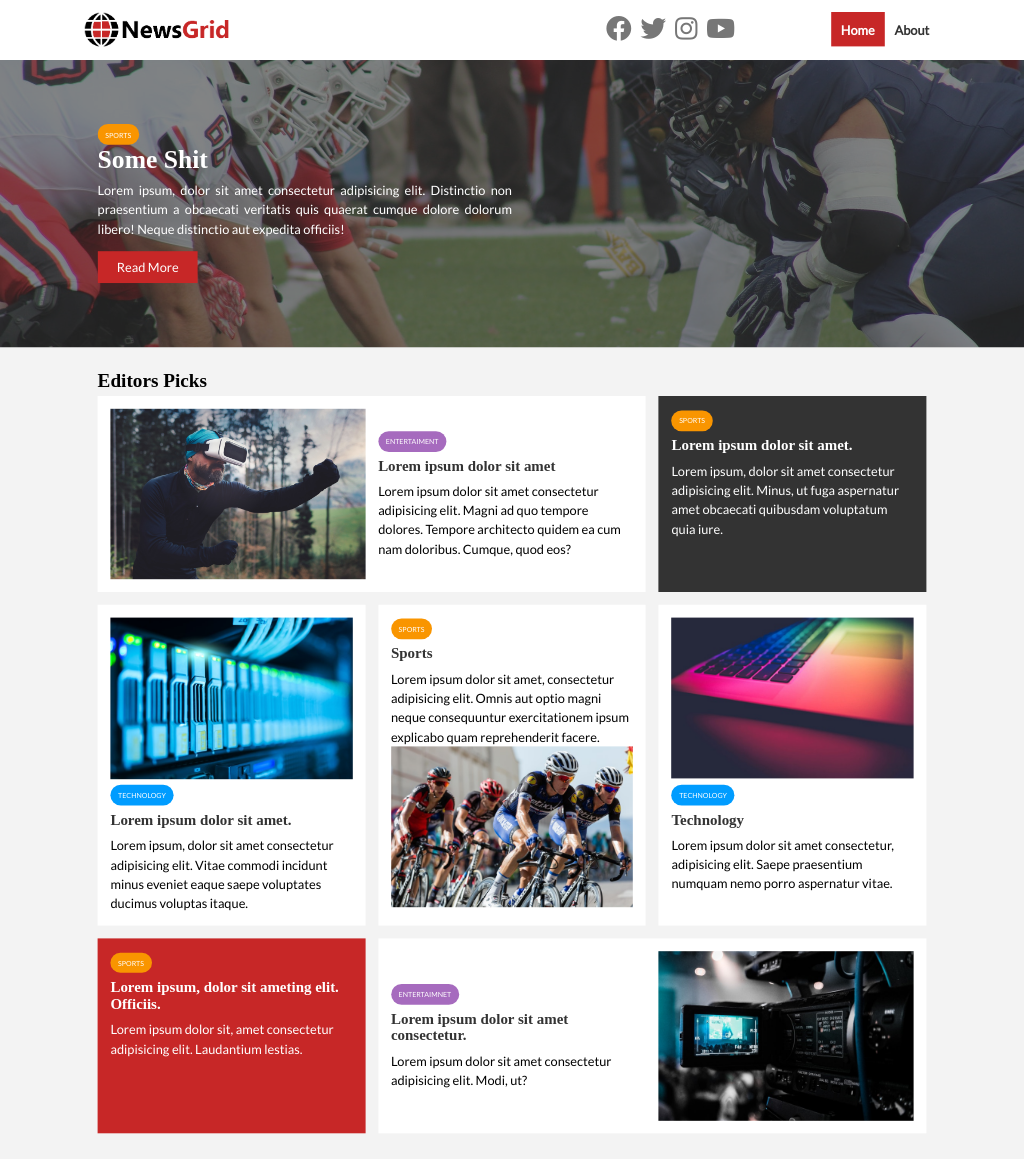
Repository: EswinGiova/NewsGrid
Page: index.html
The author's editor kept a copy of each file at every save. The page is drawn from the files as they stood at one save, then again after the next save.
The browser window is 1280 px wide. The pictures show the whole page, at 80% of full size.
Some web libraries are served in a nearby version.

Above is the page before, as saved 2020-09-19 22:12:46.

After the next save:
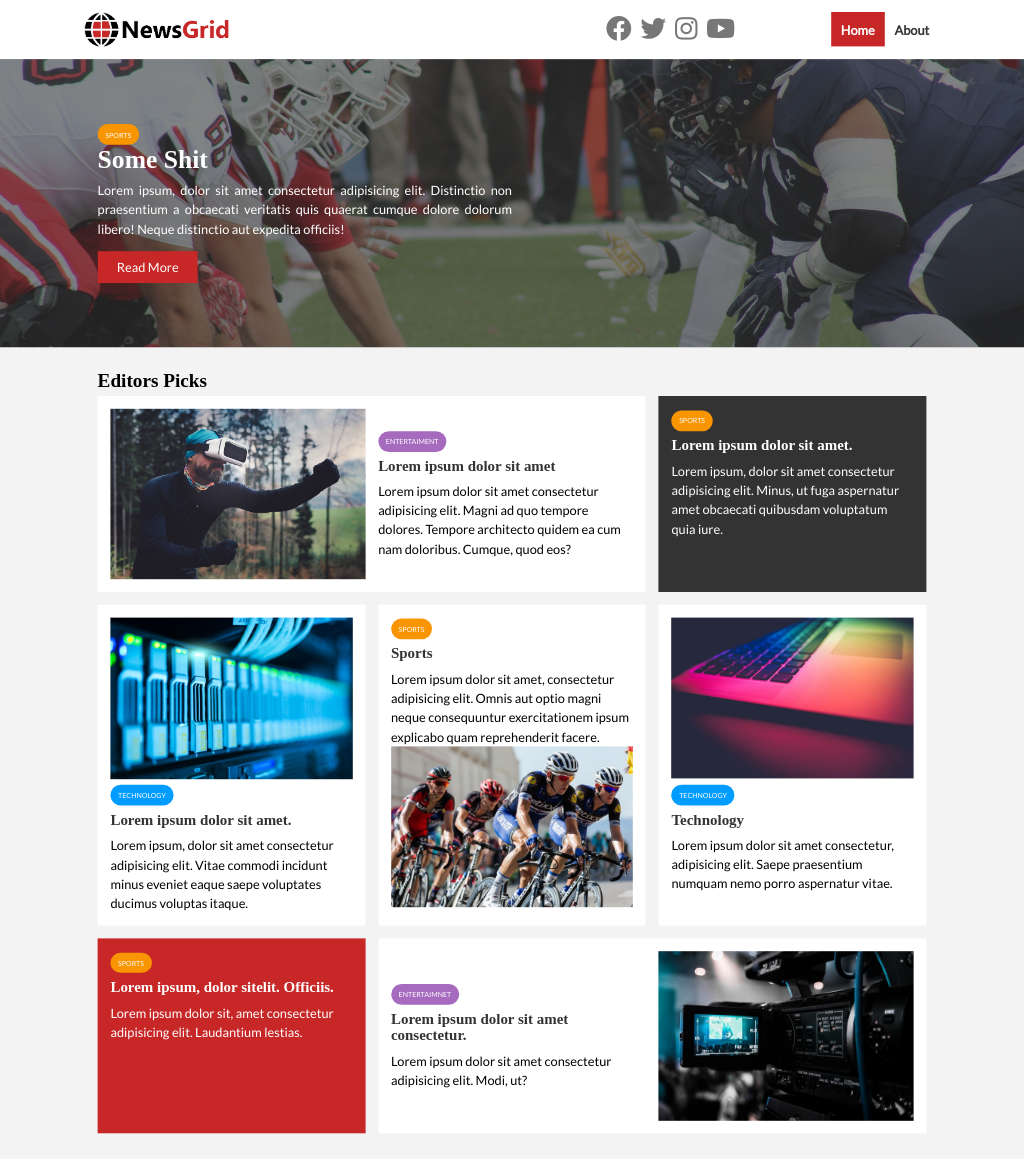
Saved 6 s later.
--- a/index.html
+++ b/index.html
@@ -125,9 +125,7 @@
           <article class="card bg-primary">
             <div class="category category-sports">Sports</div>
             <h3>
-              <a href="./article.html"
-                >Lorem ipsum, dolor sit ameting elit. Officiis.</a
-              >
+              <a href="./article.html">Lorem ipsum, dolor sitelit. Officiis.</a>
             </h3>
             <p>
               Lorem ipsum dolor sit, amet consectetur adipisicing elit.
